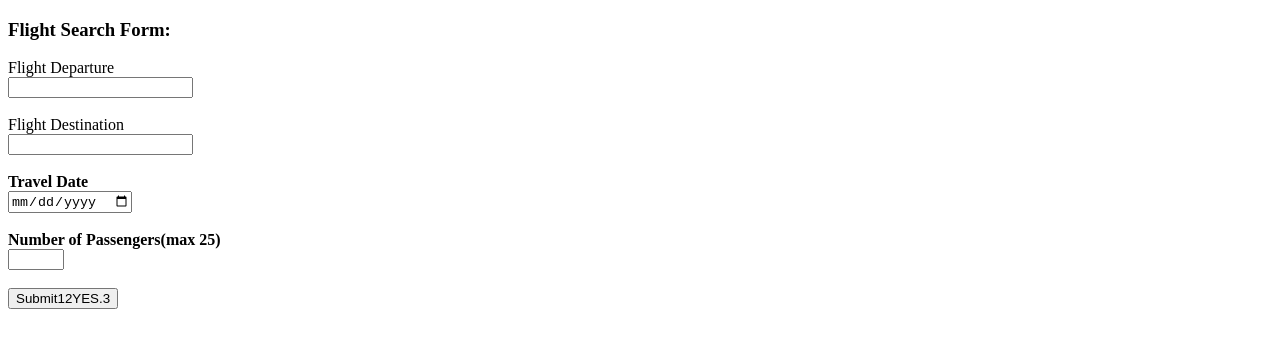
Repository: rkelly7391/SNHU_IT-634-X3894_18TW3
Page: http://localhost/RyanAirlineProject/FlightSearch
The author's editor kept a copy of each file at every save. The page is drawn from the files as they stood at one save, then again after the next save.
The browser window is 1280 px wide. The pictures show the whole page.
The page is served by Tomcat 9. Other server files are loaded and not shown.

Above is the page before, as saved 2018-03-04 23:30:19.

### RyanAirlineProject/source/production/java/RyanFlightSearchServlet.java
import java.io.IOException;
import java.io.PrintWriter;

import javax.servlet.ServletException;
import javax.servlet.annotation.WebServlet;
import javax.servlet.http.HttpServlet;
import javax.servlet.http.HttpServletRequest;
import javax.servlet.http.HttpServletResponse;

/**
 * Servlet implementation class RyanFlight Will allow the user to search for a
 * flight
 *
 * @author ryan.kelly5
 */
@WebServlet(description = "RyanFlightSearches", urlPatterns = { "/FlightSearch" })
public class RyanFlightSearchServlet extends HttpServlet {
	private static final long serialVersionUID = 1L;


	/**
	 * @see HttpServlet#doGet(HttpServletRequest request, HttpServletResponse
	 *      response)
	 */
	protected void doGet(HttpServletRequest request, HttpServletResponse response)
			throws ServletException, IOException {
		this.showFlightSearch(response);

	}

	protected void doPost(HttpServletRequest request, HttpServletResponse response)
			throws ServletException, IOException {

	}

	private void showFlightSearch(HttpServletResponse response) throws ServletException, IOException {
		PrintWriter writer = this.writeHeader(response);
		//create the xml page for the form.

		writer.append("<h3>Flight Search Form:</h3>\r\n");
        writer.append("<form method=\"POST\" action=\"search\" ")
              .append("enctype=\"multipart/form-data\">\r\n");
        writer.append("<input type=\"hidden\" name=\"action\" ")
              .append("value=\"create\"/>\r\n");
        writer.append("Flight Departure<br/>\r\n");
        writer.append("<input type=\"text\" name=\"customerName\"/><br/><br/>\r\n");
        writer.append("Flight Destination<br/>\r\n");
        writer.append("<input type=\"text\" name=\"subject\"/><br/><br/>\r\n");
        writer.append("<b>Travel Date</b><br/>\r\n");
        writer.append("<input type=\"date\" name=\"travel\"/><br/><br/>\r\n");
        writer.append("<b>Number of Passengers(max 25)</b><br/>\r\n");
        writer.append("<input type=\"number\" name=\"pass\" min=\"1\" max=\"25\"/><br/><br/>\r\n");
        writer.append("<button>");
        		writer.append("<text>Submit</text>");
        						writer.append("<font_size>12</font_size>");


        								writer.append("<bold>YES</bold>");
        										writer.append("<opacity>.3</opacity>");


        																		writer.append("</button>");
//        writer.append("<input type=\"submit\" value=\"Submit\"/>\r\n");
        writer.append("</form>\r\n");

		this.writeFooter(writer);
	}


	private PrintWriter writeHeader(HttpServletResponse response) throws ServletException, IOException {
		response.setContentType("text/html");
		response.setCharacterEncoding("UTF-8");

		PrintWriter writer = response.getWriter();
		writer.append("<!DOCTYPE html>\r\n").append("<html>\r\n").append("    <head>\r\n")
				.append("        <title>Customer Support</title>\r\n").append("    </head>\r\n")
				.append("    <body>\r\n");

		return writer;
	}

	private void writeFooter(PrintWriter writer) {
		writer.append("    </body>\r\n").append("</html>\r\n");
	}

}

After the next save:
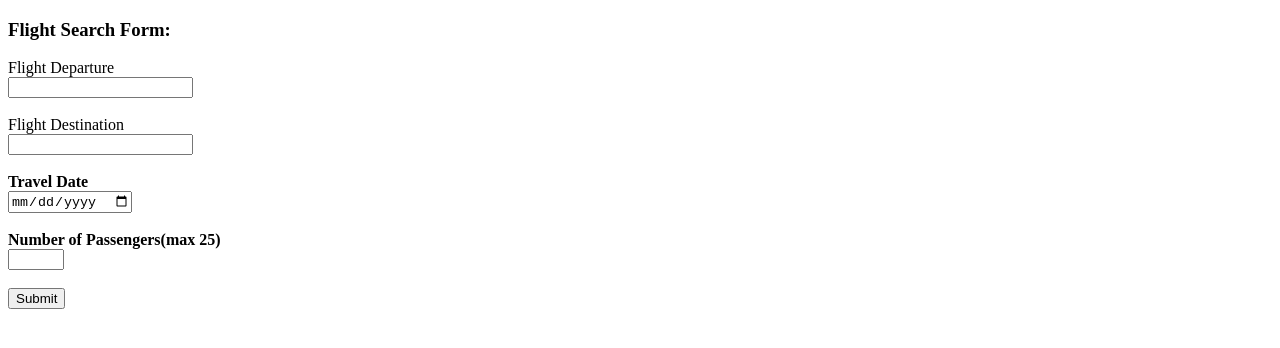
Saved 38 s later.
--- a/RyanAirlineProject/source/production/java/RyanFlightSearchServlet.java
+++ b/RyanAirlineProject/source/production/java/RyanFlightSearchServlet.java
@@ -17,7 +17,6 @@ import javax.servlet.http.HttpServletResponse;
 public class RyanFlightSearchServlet extends HttpServlet {
 	private static final long serialVersionUID = 1L;
 
-
 	/**
 	 * @see HttpServlet#doGet(HttpServletRequest request, HttpServletResponse
 	 *      response)
@@ -35,37 +34,26 @@ public class RyanFlightSearchServlet extends HttpServlet {
 
 	private void showFlightSearch(HttpServletResponse response) throws ServletException, IOException {
 		PrintWriter writer = this.writeHeader(response);
-		//create the xml page for the form.
+		// create the xml page for the form.
 
 		writer.append("<h3>Flight Search Form:</h3>\r\n");
-        writer.append("<form method=\"POST\" action=\"search\" ")
-              .append("enctype=\"multipart/form-data\">\r\n");
-        writer.append("<input type=\"hidden\" name=\"action\" ")
-              .append("value=\"create\"/>\r\n");
-        writer.append("Flight Departure<br/>\r\n");
-        writer.append("<input type=\"text\" name=\"customerName\"/><br/><br/>\r\n");
-        writer.append("Flight Destination<br/>\r\n");
-        writer.append("<input type=\"text\" name=\"subject\"/><br/><br/>\r\n");
-        writer.append("<b>Travel Date</b><br/>\r\n");
-        writer.append("<input type=\"date\" name=\"travel\"/><br/><br/>\r\n");
-        writer.append("<b>Number of Passengers(max 25)</b><br/>\r\n");
-        writer.append("<input type=\"number\" name=\"pass\" min=\"1\" max=\"25\"/><br/><br/>\r\n");
-        writer.append("<button>");
-        		writer.append("<text>Submit</text>");
-        						writer.append("<font_size>12</font_size>");
-
-
-        								writer.append("<bold>YES</bold>");
-        										writer.append("<opacity>.3</opacity>");
-
-
-        																		writer.append("</button>");
-//        writer.append("<input type=\"submit\" value=\"Submit\"/>\r\n");
-        writer.append("</form>\r\n");
+		writer.append("<form method=\"POST\" action=\"search\" ").append("enctype=\"multipart/form-data\">\r\n");
+		writer.append("<input type=\"hidden\" name=\"action\" ").append("value=\"create\"/>\r\n");
+		writer.append("Flight Departure<br/>\r\n");
+		writer.append("<input type=\"text\" name=\"customerName\"/><br/><br/>\r\n");
+		writer.append("Flight Destination<br/>\r\n");
+		writer.append("<input type=\"text\" name=\"subject\"/><br/><br/>\r\n");
+		writer.append("<b>Travel Date</b><br/>\r\n");
+		writer.append("<input type=\"date\" name=\"travel\"/><br/><br/>\r\n");
+		writer.append("<b>Number of Passengers(max 25)</b><br/>\r\n");
+		writer.append("<input type=\"number\" name=\"pass\" min=\"1\" max=\"25\"/><br/><br/>\r\n");
+		writer.append("<button>");
+		writer.append("<text>Submit</text>");
+		writer.append("</button>");
+		writer.append("</form>\r\n");
 
 		this.writeFooter(writer);
 	}
-
 
 	private PrintWriter writeHeader(HttpServletResponse response) throws ServletException, IOException {
 		response.setContentType("text/html");
